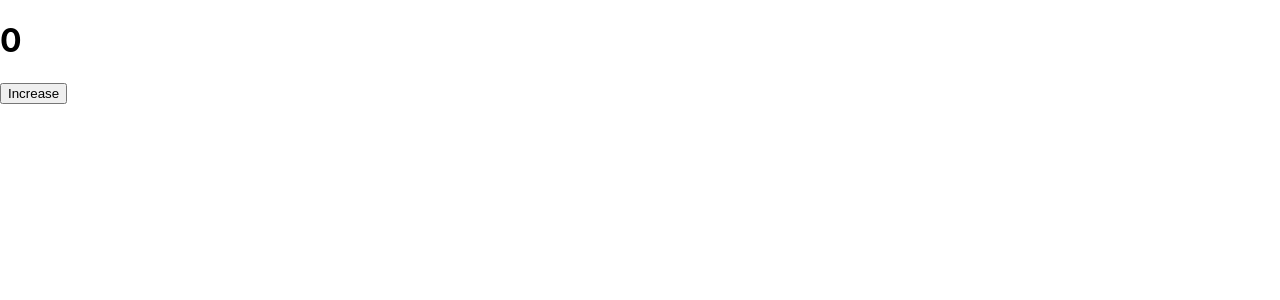
Repository: haidawngvn/hooks-bible
Page: /
The author's editor kept a copy of each file at every save. The page is drawn from the files as they stood at one save, then again after a run of saves.
The browser window is 1280 px wide. The pictures show the whole page.
The project was rebuilt for these pictures with package versions that can differ from the ones it lists, and the page was loaded fresh each time. Also part of the build but not shown: src/Content3.js.

Above is the page before, as saved 2022-07-29 13:17:49.

After the next 2 saves:
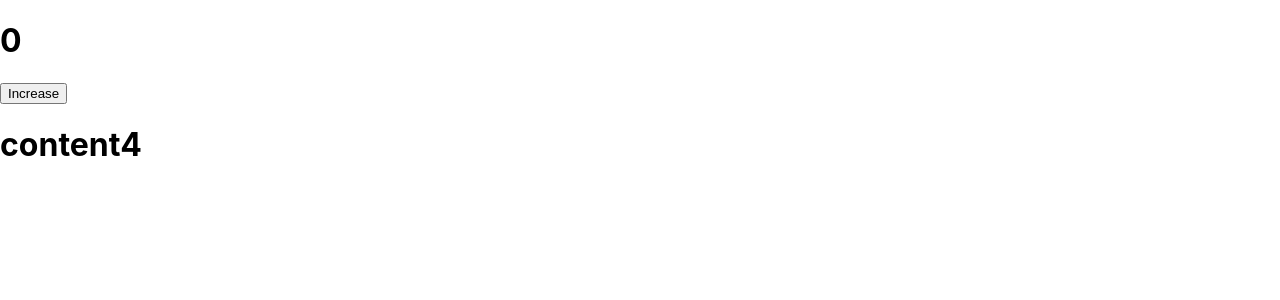
The 2 saves are shown as one change because 1 did not build or start.
The last was saved 25 s later.
--- a/src/App.js
+++ b/src/App.js
@@ -19,6 +19,7 @@
       <div className="App">
         <h1> {counter}</h1>
         <button onClick={handleIncrease}>Increase</button>
+        <Content4 />
       </div>
     );
 }
--- a/src/Content4.js
+++ b/src/Content4.js
@@ -7,3 +7,5 @@ function Content4() {
         </div>
     )
 }
+
+export default Content4

After the 6 saves that followed:
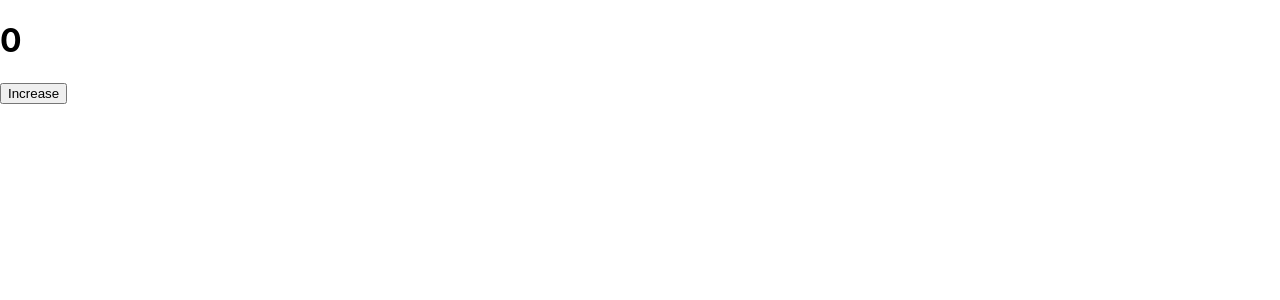
The 6 saves are shown as one change because 1 did not build or start and 4 left the picture as it was.
The last was saved 14 min 52 s later.
--- a/src/App.js
+++ b/src/App.js
@@ -1,8 +1,4 @@
 import  { useEffect, useLayoutEffect, useState, useRef, memo } from 'react'
-import Content4 from './Content4'
-// memo() là 1 HOC (Higher Order Component)
-// ghi nhớ lại các props của 1 component để quyết định xem có re-render component đó hay kh
-
 
 function App() {
 
@@ -19,7 +15,6 @@
       <div className="App">
         <h1> {counter}</h1>
         <button onClick={handleIncrease}>Increase</button>
-        <Content4 />
       </div>
     );
 }
--- a/src/Content4.js
+++ b/src/Content4.js
@@ -1,6 +1,9 @@
+import  { useEffect, useLayoutEffect, useState, useRef, memo } from 'react'
 
 
 function Content4() {
+
+    console.log('content');
     return (
         <div>
             <h1>content4</h1>
@@ -8,4 +11,4 @@ function Content4() {
     )
 }
 
-export default Content4
+export default memo(Content4)
